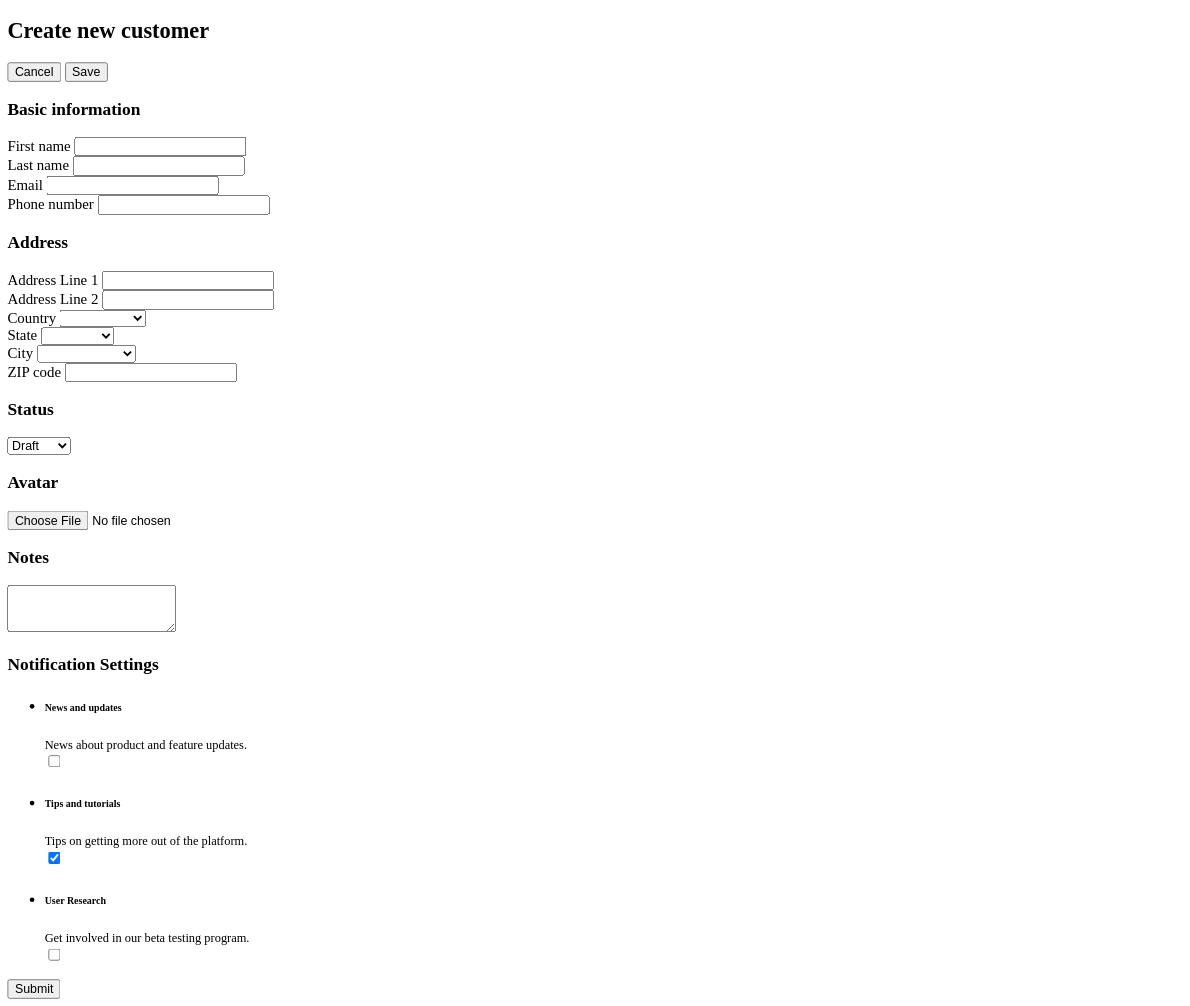
Repository: PRIYANSHU4032/Spring
Page: http://localhost/OurService/views/createClient.jsp
An editor plug-in stored every save of this project. The page is shown before and after the next save, followed by the edit.
The browser window is 1280 px wide. The pictures show the whole page, at 93% of full size.
The page is served by Tomcat 9.

Above is the page before, as saved 2024-04-05 08:14:57.

After the next save:
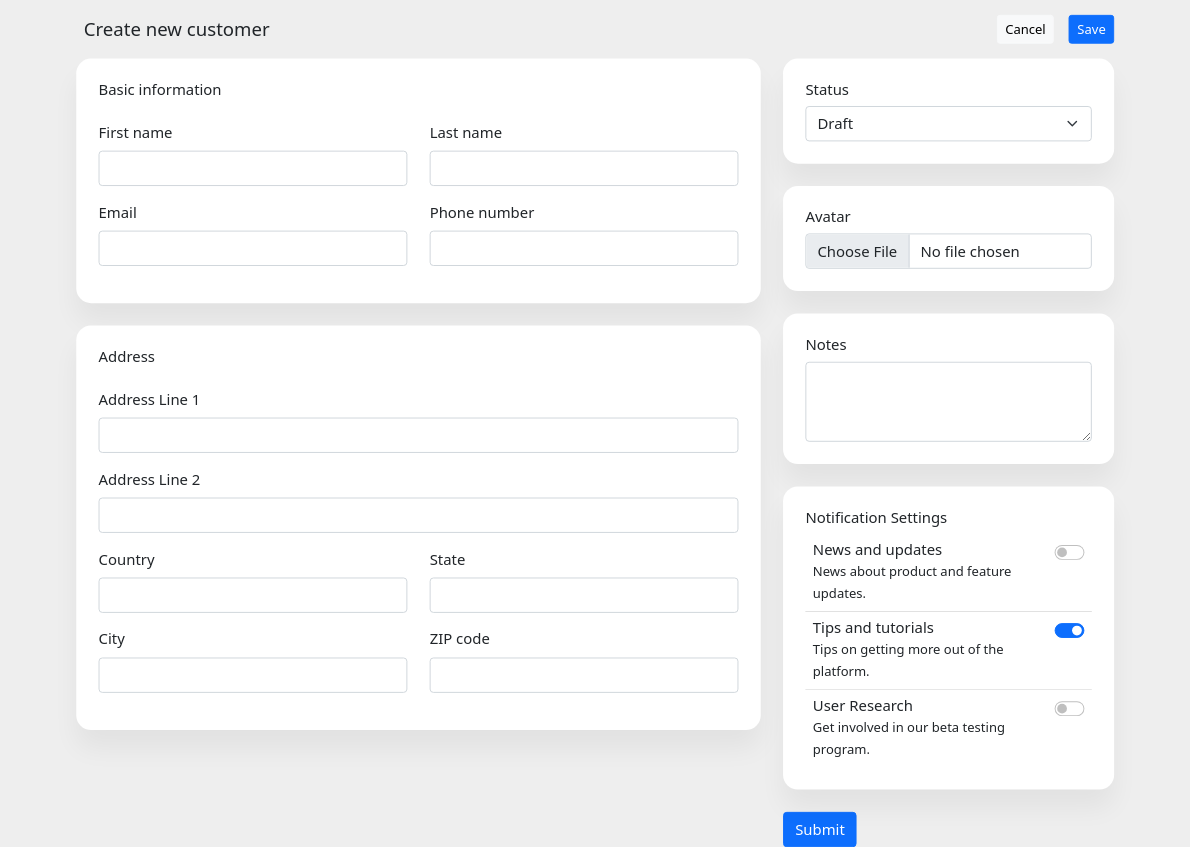
Saved 65 s later.
--- a/OurService/src/main/webapp/views/createClient.jsp
+++ b/OurService/src/main/webapp/views/createClient.jsp
@@ -3,8 +3,37 @@
 <!DOCTYPE html>
 <html>
 <head>
+<link rel='stylesheet' href='https://cdn.jsdelivr.net/npm/bootstrap@5.1.3/dist/css/bootstrap.min.css'>
 <meta charset="UTF-8">
 <title>Insert title here</title>
+<style>
+	body{
+    background:#eee;
+}
+
+.card {
+    box-shadow: 0 20px 27px 0 rgb(0 0 0 / 5%);
+}
+
+.card {
+    position: relative;
+    display: flex;
+    flex-direction: column;
+    min-width: 0;
+    word-wrap: break-word;
+    background-color: #fff;
+    background-clip: border-box;
+    border: 0 solid rgba(0,0,0,.125);
+    border-radius: 1rem;
+}
+
+.card-body {
+    -webkit-box-flex: 1;
+    -ms-flex: 1 1 auto;
+    flex: 1 1 auto;
+    padding: 1.5rem 1.5rem;
+}
+</style>
 </head>
 <body>
 		<div class="container-fluid">
@@ -199,6 +228,7 @@
   </div>
 
 </div>
+<script src='https://cdn.jsdelivr.net/npm/bootstrap@5.1.3/dist/js/bootstrap.bundle.min.js'></script>
 
 </body>
 </html>
